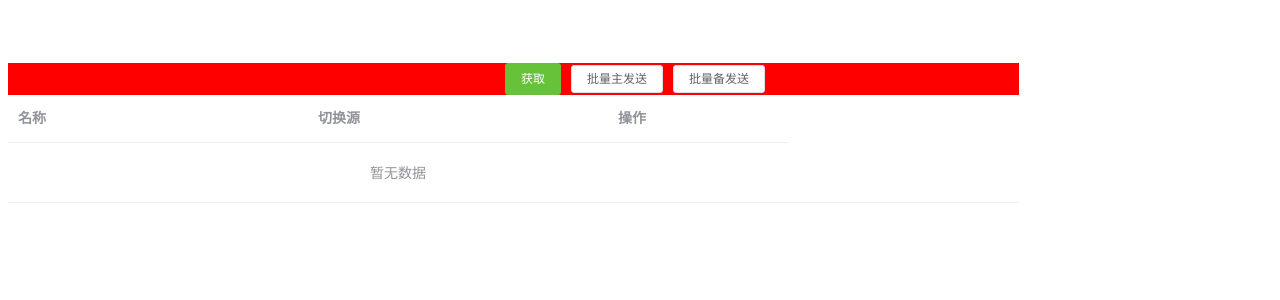
Repository: faintout/BHMQTTSendTool
Page: /
An editor plug-in stored every save of this project. The page is shown before and after the next save, followed by the edit.
The browser window is 1280 px wide. The pictures show the whole page.
The project was rebuilt for these pictures with package versions that can differ from the ones it lists, and the page was loaded fresh each time. Also part of the build but not shown: vue.config.js.

Above is the page before, as saved 2020-09-03 13:48:16.

### public/index.html
<!DOCTYPE html>
<html lang="en">
  <head>
    <meta charset="utf-8">
    <meta http-equiv="X-UA-Compatible" content="IE=edge">
    <meta name="viewport" content="width=device-width,initial-scale=1.0">
    <link rel="stylesheet" href="">
    <title></title>
  </head>
  <body>
    <div id="app">

    </div>
    <!-- built files will be auto injected -->
  </body>
</html>

### src/main.js
import Vue from 'vue'
import App from './App.vue'
import router from './router'
import $ from 'jquery'
import ElementUi from 'element-ui'
import 'element-ui/lib/theme-chalk/index.css'
import 'element-ui/lib/theme-chalk/reset.css'

Vue.config.productionTip = false
Vue.use(ElementUi)
new Vue({
  router,
  render: h => h(App)
}).$mount('#app')

### src/router/index.js
import Vue from 'vue'
import VueRouter from 'vue-router'
import MqttSendTool from '../views/MqttSendTool.vue'

Vue.use(VueRouter)

  const routes = [
  {
    path: '/',
    name: 'MqttSendTool',
    component: MqttSendTool
  },
]

const router = new VueRouter({
  routes
})

export default router

### src/views/MqttSendTool.vue
<template>
    <div class="content">
        <title></title>
        <!-- 按钮模块 -->
        <div style="position: relative;left: calc(50% - 13%);width: 50%;" class="content_title">
            <!-- <el-input style="display:inline-block;width:20%;right: 5%;" size="small" v-model="localIP"></el-input> -->
            <el-button type="success" size="small" @click="getAllMqttData">获取</el-button>
            <el-button size="mini" @click="batch(0)">批量主发送</el-button>
            <el-button size="mini" @click="batch(1)">批量备发送</el-button>
            <!-- <el-button type="success" size="small" @click="sendData()">发送</el-button> -->
        </div>
        <el-table v-loading="tableLoading" :data="tableData" class="el_table">
            >
            <el-table-column prop="name" label="名称" width="300">
            </el-table-column>
            <el-table-column label="切换源" width="300">
                <template slot-scope="scope">
                    <el-radio-group v-model="scope.row.switchStatus">
                        <el-radio :label="0" @click="scope.row.switchStatus = 0">主</el-radio>
                        <el-radio :label="1" @click="scope.row.switchStatus = 1">备</el-radio>
                    </el-radio-group>
                </template>
            </el-table-column>
            <el-table-column min-width="1" label="操作" width="180">
                <template slot-scope="scope">
                    <el-button type="success" size="small" @click="changeData(scope.row)">编辑</el-button>
                    <el-button type="success" size="small" @click="sendData(scope.row)">发送</el-button>
                </template>
            </el-table-column>
        </el-table>
        <!-- 弹框 -->
        <el-dialog title="编辑" :visible.sync="dialogVisible" width="30%"  :close-on-click-modal = false>
            <el-input type="textarea" :rows="25" class="el_input" v-model="editTable"></el-input>
            <span slot="footer" class="dialog-footer">
                <el-button @click="dialogVisible = false">取 消</el-button>
                <el-button type="primary" @click="saveEdit">确 定</el-button>
            </span>
        </el-dialog>

    </div>
</template>

<script>
    //设置本地储存方法
    window.local = (key, value) => {
        return value ? localStorage.setItem(key, value) : localStorage.getItem(key)
    }
    export default {
        components: {},
        data() {
            return {
                dialogVisible: false,
                //本地IP
                localIP: '',
                //表格框加载
                tableLoading: false,
                tableData: [],
                editTable: '',
                editId: '',
                editswitchStatus: ''

            }
        },
        watch: {
            localIP(n, o) {
                local('localIP', n)
            }
        },
        computed: {

        },
        methods: {
            saveEdit() {
                this.dialogVisible = false
                let indicatorValue = this.editTable
                //保存
                console.log("修改名称", this.editList);
                let deviceId = this.editId
                let switchStatus = this.editswitchStatus
                let parmas = { indicatorValue, deviceId, switchStatus }
                $.ajax({
                    type: 'POST',
                    url: 'http://' + this.localIP + '/testData/setIndicatorValue',
                    data: parmas,
                    success: (data) => {
                        data.success && this.$message.success("修改数据成功！")
                    },
                    error: () => {
                        this.$message.error("数据获取失败，请检查IP地址！")
                    }
                })
            },
            changeData(value) {
                console.log(value);
                this.dialogVisible = true
                if (!value.switchStatus) {
                    //等于一
                    this.editTable = this.getFormatData(JSON.stringify(value.masterData))
                } else {
                    this.editTable = this.getFormatData(JSON.stringify(value.slaveData))
                }
                this.editId = value.id
                this.editswitchStatus = value.switchStatus
            },
            changeItem(item) {
                console.log('item', item);
            },
            changItemRadio(item) {
                console.log('itemzhixng ');
            },
            //获取所有数据
            getAllMqttData() {
                $.ajax({
                    type: 'POST',
                    url: 'http://' + this.localIP + '/testData/getDeviceListData',
                    success: (data) => {
                        if (data.data == []) {
                            this.$message.errot("获取数据为空！请确认数据是否存在")
                            return
                        }
                        this.tableData = data.data
                        data.success && this.$message.success("数据获取成功！")
                    },
                    error: () => {
                        this.$message.error("数据获取失败，请检查IP地址！")
                    }
                })
            },
            //数据处理
            dataProcessing() {

            },
            //批量设置
            /**
             * @type 0 主 1 备
             * @Date 2020-08-26 14:13:24
             */
            batch(type) {
                this.tableData.forEach(item => {
                    item.switchStatus = type ? 1 : 0
                })
                this.sendData()
            },
            //发送数据
            sendData(value) {
                this.tableLoading = true
                let data = value ? value : this.tableData
                console.log(data);
                let params = {
                    deviceIds: ''
                }
                if (data.length > 1) {
                    data.map(item => {
                        params.deviceIds += item.id + ','
                    })
                    params.deviceIds = params.deviceIds.substr(0, params.deviceIds.length - 1)
                    params.switchStatus = data[0].switchStatus
                } else {
                    params.deviceIds = data.id
                    params.switchStatus = data.switchStatus
                }
                console.log(params);
                // return
                $.ajax({
                    type: "POST",
                    url: 'http://' + this.localIP + '/testData/applySwitch',
                    data: params,
                    success: (data) => {
                        data.success && this.$message.success("数据发送成功！")
                        this.tableLoading = false
                    },
                    error: () => {

                    }
                })
                this.getAllMqttData()
            },
            //读取本地localIP
            getLocalIP() {
                this.localIP = local('localIP') != null ? local('localIP') : '172.17.35.23:24699'
                local('localIP') == null && local('localIP', '172.17.35.23:24699')
            },

            //方法
            repeat(s, count) {
                return new Array(count + 1).join(s)
            },
            formatJson(json) {
                var i = 0,
                    il = 0,
                    tab = "    ",
                    newJson = "",
                    indentLevel = 0,
                    inString = false,
                    currentChar = null;
                for (i = 0, il = json.length; i < il; i += 1) {
                    currentChar = json.charAt(i);
                    switch (currentChar) {
                        case '{':
                        case '[':
                            if (!inString) {
                                newJson += currentChar + "\n" + this.repeat(tab, indentLevel + 1);
                                indentLevel += 1
                            } else {
                                newJson += currentChar
                            }
                            break;
                        case '}':
                        case ']':
                            if (!inString) {
                                indentLevel -= 1;
                                newJson += "\n" + this.repeat(tab, indentLevel) + currentChar
                            } else {
                                newJson += currentChar
                            }
                            break;
                        case ',':
                            if (!inString) {
                                newJson += ",\n" + this.repeat(tab, indentLevel)
                            } else {
                                newJson += currentChar
                            }
                            break;
                        case ':':
                            if (!inString) {
                                newJson += ": "
                            } else {
                                newJson += currentChar
                            }
                            break;
                        case ' ':
                        case "\n":
                        case "\t":
                            if (inString) {
                                newJson += currentChar
                            }
                            break;
                        case '"':
                            if (i > 0 && json.charAt(i - 1) !== '\\') {
                                inString = !inString
                            }
                            newJson += currentChar;
                            break;
                        default:
                            newJson += currentChar;
                            break
                    }
                }
                return newJson
            },
            getFormatData(json) {
                var json = json + "";
                if (json.indexOf('{') == -1 && json.indexOf('[') == -1) {
                    return json;
                } else {
                    return (this.formatJson(json));
                }
            }

        },
        mounted() {
            console.log(local('localIP'), window);
            //读取本地IP
            this.getLocalIP()
            this.getAllMqttData()

        },
        created() {

        },
    }
</script>
<style lang="less" scoped>
    .content {
        margin: 5% 0 0 0;
        width: 80%;
        background-color: red;
    }

    .el_table {
        width: 100%;
        position: relative;

    }

    // @media screen and(max-width: 1366px) {
    //     .el_table {
    //         width: 60%;
    //         left: calc(50% - 25%);
    //     }
    // }

    input {
        height: 20rem;
    }
</style>

Loaded but not shown: src/App.vue (common file)

After the next save:
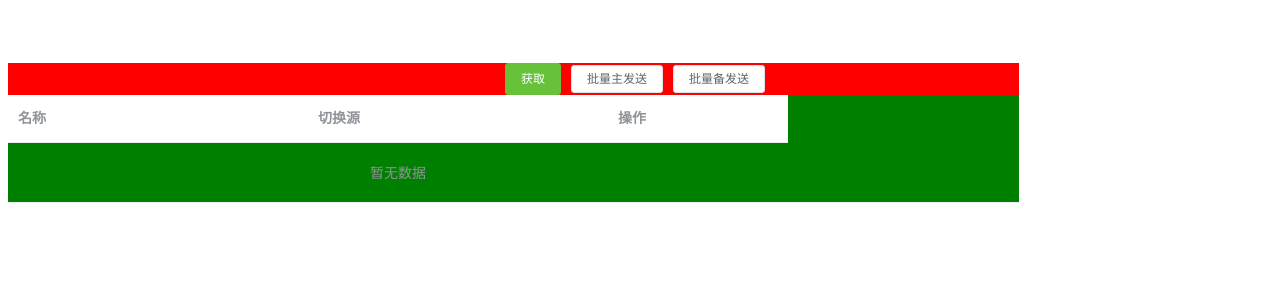
Saved 8 s later.
--- a/src/views/MqttSendTool.vue
+++ b/src/views/MqttSendTool.vue
@@ -280,6 +280,7 @@
     .el_table {
         width: 100%;
         position: relative;
+        background-color: green;
 
     }
 
